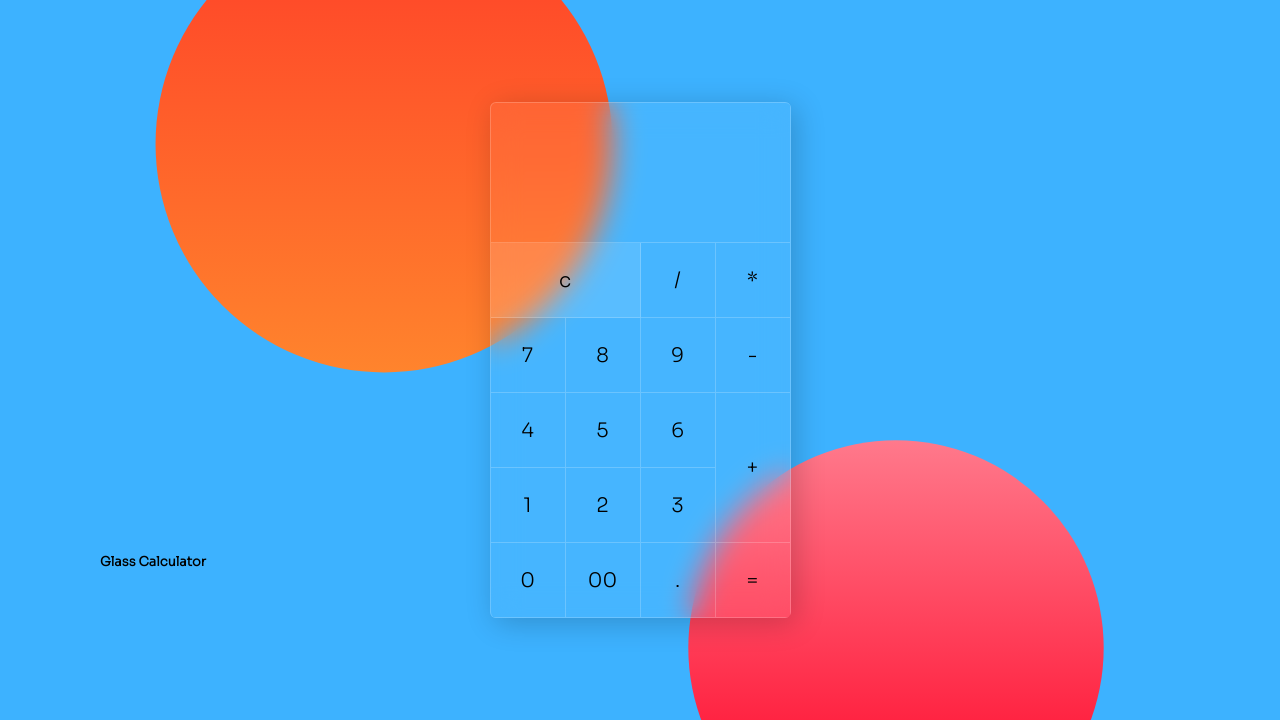
Repository: tharunkumaar404/Glass-Calci
Page: index.html
An editor plug-in stored every save of this project. The page is shown before and after the next save, followed by the edit.
The browser window is 1280 px wide. The pictures show the whole page.

Above is the page before, as saved 2021-08-26 15:14:45.

### index.html
<!DOCTYPE html>
<html lang="en">
<head>
    <meta charset="UTF-8">
    <meta http-equiv="X-UA-Compatible" content="IE=edge">
    <meta name="viewport" content="width=device-width, initial-scale=1.0">
    <title>Calculator</title>
    <link rel="stylesheet" href="styles.css">
</head>
<body>
    <div class="container">
        <form class="calculator" name="calc">
            <input type="text" readonly class="value" name="txt"/>
            <span class="num clear" onclick="calc.txt.value = ''">c</span>
            <span class="num" onclick="document.calc.txt.value +='/'">/</span>
            <span class="num" onclick="document.calc.txt.value +='*'">*</span>
            <span class="num" onclick="document.calc.txt.value +='7'">7</span>
            <span class="num" onclick="document.calc.txt.value +='8'">8</span>
            <span class="num" onclick="document.calc.txt.value +='9'">9</span>
            <span class="num" onclick="document.calc.txt.value +='-'">-</span>
            <span class="num" onclick="document.calc.txt.value +='4'">4</span>
            <span class="num " onclick="document.calc.txt.value +='5'">5</span>
            <span class="num" onclick="document.calc.txt.value +='6'">6</span>
            <span class="num plus" onclick="document.calc.txt.value +='+'">+</span>
            <span class="num" onclick="document.calc.txt.value +='1'">1</span>
            <span class="num" onclick="document.calc.txt.value +='2'">2</span>
            <span class="num" onclick="document.calc.txt.value +='3'">3</span>
            <span class="num" onclick="document.calc.txt.value +='0'">0</span>
            <span class="num" onclick="document.calc.txt.value +='00'">00</span>
            <span class="num" onclick="document.calc.txt.value +='.'"">.</span>
            <span class="num equal" onclick="document.calc.txt.value =eval(calc.txt.value)">=</span>
        </form>
    </div>
    <h1>Glass Calculator</h1>
    <script type="text/javascript" src="vanilla-tilt.js"></script>
    <script type="text/javascript">
    	VanillaTilt.init(document.querySelector(".container"), {
    		max: 15,
    		speed: 400,
            glare: true,
            "max-glare":0.2,
            gyroscope:true,
    	});
    </script>
</body>
</html>

### styles.css
@import url('https://fonts.googleapis.com/css2?family=Sora:wght@300&display=swap');

*{
    margin: 0;
    padding: 0;
    box-sizing: border-box;
    font-family: 'Sora', sans-serif;
}

body{
display:flex;
justify-content: center;
align-items: center;
min-height: 100vh;
background: #3DB2FF;
}

body::before{
    content: '';
    position: absolute;
    top: 0;
    left:0;
    width: 100%;
    height:100%;
    background:linear-gradient(#FF4C29,#FFB830);
    clip-path: circle(22% at 30% 20%);
}
body::after{
    content: '';
    position: absolute;
    top: 0;
    left:0;
    width: 100%;
    height:100%;
    background:linear-gradient(#fff,#FF2442);
    clip-path: circle(20% at 70% 90%);
}

.container{
    position:relative;
    background: rgba(255,255,255,0.05);
    border-radius: 6px;
    overflow: hidden;
    z-index:10;
    backdrop-filter: blur(15px);
    border-top: 1px solid rgba(255,255,255,0.2);
    border-left:1px solid rgba(255,255,255,0.2);
    box-shadow: 5px 5px 30px rgba(0,0,0,0.2);

}

.container .calculator{
    position:relative;
    display:grid;

}

.container .calculator .value{
    grid-column: span 4;
    height: 140px;
    width:300px;
    text-align:right;
    border:none;
    outline:none;
    padding:10px;
    font-size:30px;
    background: transparent;
    color: #000;
    border-bottom: 1px solid rgba(255,255,255,0.2);
    border-right:1px solid rgba(255,255,255,0.2);


}
.container .calculator span {
    display:grid;
    place-items:center;
    height: 75px;
    width:75px;
    color:black;
    cursor:pointer;
    font-weight:400;
    font-size:20px;
    user-select:none;
    border-bottom: 1px solid rgba(255,255,255,0.2);
    border-right:1px solid rgba(255,255,255,0.2);
    transition: 0.5s;


}
.container .calculator span:hover{
    transition: 0s;
    background: rgba(255,255,255,0.2);
}

.container .calculator span:active{
    background: #3DB2FF;
    color: #F7F3E9;
    font-size: 24px;
    font-weight: 500;

}
.container .calculator .clear{
    grid-column: span 2;
    width:150px;
    background: rgba(255,255,255,0.1);
}
.container .calculator .plus{
grid-row: span 2;
height:150px;
}

h1{
    position: absolute;
    left:100px;
    bottom:150px;
    font-size: small;
}

### vanilla-tilt.js
var VanillaTilt = (function () {
'use strict';

/**
 * Created by Sergiu Șandor (micku7zu) on 1/27/2017.
 * Original idea: https://github.com/gijsroge/tilt.js
 * MIT License.
 * Version 1.7.1
 */

class VanillaTilt {
  constructor(element, settings = {}) {
    if (!(element instanceof Node)) {
      throw ("Can't initialize VanillaTilt because " + element + " is not a Node.");
    }

    this.width = null;
    this.height = null;
    this.clientWidth = null;
    this.clientHeight = null;
    this.left = null;
    this.top = null;

    // for Gyroscope sampling
    this.gammazero = null;
    this.betazero = null;
    this.lastgammazero = null;
    this.lastbetazero = null;

    this.transitionTimeout = null;
    this.updateCall = null;
    this.event = null;

    this.updateBind = this.update.bind(this);
    this.resetBind = this.reset.bind(this);

    this.element = element;
    this.settings = this.extendSettings(settings);

    this.reverse = this.settings.reverse ? -1 : 1;
    this.glare = VanillaTilt.isSettingTrue(this.settings.glare);
    this.glarePrerender = VanillaTilt.isSettingTrue(this.settings["glare-prerender"]);
    this.fullPageListening = VanillaTilt.isSettingTrue(this.settings["full-page-listening"]);
    this.gyroscope = VanillaTilt.isSettingTrue(this.settings.gyroscope);
    this.gyroscopeSamples = this.settings.gyroscopeSamples;

    this.elementListener = this.getElementListener();

    if (this.glare) {
      this.prepareGlare();
    }

    if (this.fullPageListening) {
      this.updateClientSize();
    }

    this.addEventListeners();
    this.updateInitialPosition();
  }

  static isSettingTrue(setting) {
    return setting === "" || setting === true || setting === 1;
  }

  /**
   * Method returns element what will be listen mouse events
   * @return {Node}
   */
  getElementListener() {
    if (this.fullPageListening) {
      return window.document;
    }

    if (typeof this.settings["mouse-event-element"] === "string") {
      const mouseEventElement = document.querySelector(this.settings["mouse-event-element"]);

      if (mouseEventElement) {
        return mouseEventElement;
      }
    }

    if (this.settings["mouse-event-element"] instanceof Node) {
      return this.settings["mouse-event-element"];
    }

    return this.element;
  }

  /**
   * Method set listen methods for this.elementListener
   * @return {Node}
   */
  addEventListeners() {
    this.onMouseEnterBind = this.onMouseEnter.bind(this);
    this.onMouseMoveBind = this.onMouseMove.bind(this);
    this.onMouseLeaveBind = this.onMouseLeave.bind(this);
    this.onWindowResizeBind = this.onWindowResize.bind(this);
    this.onDeviceOrientationBind = this.onDeviceOrientation.bind(this);

    this.elementListener.addEventListener("mouseenter", this.onMouseEnterBind);
    this.elementListener.addEventListener("mouseleave", this.onMouseLeaveBind);
    this.elementListener.addEventListener("mousemove", this.onMouseMoveBind);

    if (this.glare || this.fullPageListening) {
      window.addEventListener("resize", this.onWindowResizeBind);
    }

    if (this.gyroscope) {
      window.addEventListener("deviceorientation", this.onDeviceOrientationBind);
    }
  }

  /**
   * Method remove event listeners from current this.elementListener
   */
  removeEventListeners() {
    this.elementListener.removeEventListener("mouseenter", this.onMouseEnterBind);
    this.elementListener.removeEventListener("mouseleave", this.onMouseLeaveBind);
    this.elementListener.removeEventListener("mousemove", this.onMouseMoveBind);

    if (this.gyroscope) {
      window.removeEventListener("deviceorientation", this.onDeviceOrientationBind);
    }

    if (this.glare || this.fullPageListening) {
      window.removeEventListener("resize", this.onWindowResizeBind);
    }
  }

  destroy() {
    clearTimeout(this.transitionTimeout);
    if (this.updateCall !== null) {
      cancelAnimationFrame(this.updateCall);
    }

    this.reset();

    this.removeEventListeners();
    this.element.vanillaTilt = null;
    delete this.element.vanillaTilt;

    this.element = null;
  }

  onDeviceOrientation(event) {
    if (event.gamma === null || event.beta === null) {
      return;
    }

    this.updateElementPosition();

    if (this.gyroscopeSamples > 0) {
      this.lastgammazero = this.gammazero;
      this.lastbetazero = this.betazero;

      if (this.gammazero === null) {
        this.gammazero = event.gamma;
        this.betazero = event.beta;
      } else {
        this.gammazero = (event.gamma + this.lastgammazero) / 2;
        this.betazero = (event.beta + this.lastbetazero) / 2;
      }

      this.gyroscopeSamples -= 1;
    }

    const totalAngleX = this.settings.gyroscopeMaxAngleX - this.settings.gyroscopeMinAngleX;
    const totalAngleY = this.settings.gyroscopeMaxAngleY - this.settings.gyroscopeMinAngleY;

    const degreesPerPixelX = totalAngleX / this.width;
    const degreesPerPixelY = totalAngleY / this.height;

    const angleX = event.gamma - (this.settings.gyroscopeMinAngleX + this.gammazero);
    const angleY = event.beta - (this.settings.gyroscopeMinAngleY + this.betazero);

    const posX = angleX / degreesPerPixelX;
    const posY = angleY / degreesPerPixelY;

    if (this.updateCall !== null) {
      cancelAnimationFrame(this.updateCall);
    }

    this.event = {
      clientX: posX + this.left,
      clientY: posY + this.top,
    };

    this.updateCall = requestAnimationFrame(this.updateBind);
  }

  onMouseEnter() {
    this.updateElementPosition();
    this.element.style.willChange = "transform";
    this.setTransition();
  }

  onMouseMove(event) {
    if (this.updateCall !== null) {
      cancelAnimationFrame(this.updateCall);
    }

    this.event = event;
    this.updateCall = requestAnimationFrame(this.updateBind);
  }

  onMouseLeave() {
    this.setTransition();

    if (this.settings.reset) {
      requestAnimationFrame(this.resetBind);
    }
  }

  reset() {
    this.event = {
      clientX: this.left + this.width / 2,
      clientY: this.top + this.height / 2
    };

    if (this.element && this.element.style) {
      this.element.style.transform = `perspective(${this.settings.perspective}px) ` +
        `rotateX(0deg) ` +
        `rotateY(0deg) ` +
        `scale3d(1, 1, 1)`;
    }

    this.resetGlare();
  }

  resetGlare() {
    if (this.glare) {
      this.glareElement.style.transform = "rotate(180deg) translate(-50%, -50%)";
      this.glareElement.style.opacity = "0";
    }
  }

  updateInitialPosition() {
    if (this.settings.startX === 0 && this.settings.startY === 0) {
      return;
    }

    this.onMouseEnter();

    if (this.fullPageListening) {
      this.event = {
        clientX: (this.settings.startX + this.settings.max) / (2 * this.settings.max) * this.clientWidth,
        clientY: (this.settings.startY + this.settings.max) / (2 * this.settings.max) * this.clientHeight
      };
    } else {
      this.event = {
        clientX: this.left + ((this.settings.startX + this.settings.max) / (2 * this.settings.max) * this.width),
        clientY: this.top + ((this.settings.startY + this.settings.max) / (2 * this.settings.max) * this.height)
      };
    }


    let backupScale = this.settings.scale;
    this.settings.scale = 1;
    this.update();
    this.settings.scale = backupScale;
    this.resetGlare();
  }

  getValues() {
    let x, y;

    if (this.fullPageListening) {
      x = this.event.clientX / this.clientWidth;
      y = this.event.clientY / this.clientHeight;
    } else {
      x = (this.event.clientX - this.left) / this.width;
      y = (this.event.clientY - this.top) / this.height;
    }

    x = Math.min(Math.max(x, 0), 1);
    y = Math.min(Math.max(y, 0), 1);

    let tiltX = (this.reverse * (this.settings.max - x * this.settings.max * 2)).toFixed(2);
    let tiltY = (this.reverse * (y * this.settings.max * 2 - this.settings.max)).toFixed(2);
    let angle = Math.atan2(this.event.clientX - (this.left + this.width / 2), -(this.event.clientY - (this.top + this.height / 2))) * (180 / Math.PI);

    return {
      tiltX: tiltX,
      tiltY: tiltY,
      percentageX: x * 100,
      percentageY: y * 100,
      angle: angle
    };
  }

  updateElementPosition() {
    let rect = this.element.getBoundingClientRect();

    this.width = this.element.offsetWidth;
    this.height = this.element.offsetHeight;
    this.left = rect.left;
    this.top = rect.top;
  }

  update() {
    let values = this.getValues();

    this.element.style.transform = "perspective(" + this.settings.perspective + "px) " +
      "rotateX(" + (this.settings.axis === "x" ? 0 : values.tiltY) + "deg) " +
      "rotateY(" + (this.settings.axis === "y" ? 0 : values.tiltX) + "deg) " +
      "scale3d(" + this.settings.scale + ", " + this.settings.scale + ", " + this.settings.scale + ")";

    if (this.glare) {
      this.glareElement.style.transform = `rotate(${values.angle}deg) translate(-50%, -50%)`;
      this.glareElement.style.opacity = `${values.percentageY * this.settings["max-glare"] / 100}`;
    }

    this.element.dispatchEvent(new CustomEvent("tiltChange", {
      "detail": values
    }));

    this.updateCall = null;
  }

  /**
   * Appends the glare element (if glarePrerender equals false)
   * and sets the default style
   */
  prepareGlare() {
    // If option pre-render is enabled we assume all html/css is present for an optimal glare effect.
    if (!this.glarePrerender) {
      // Create glare element
      const jsTiltGlare = document.createElement("div");
      jsTiltGlare.classList.add("js-tilt-glare");

      const jsTiltGlareInner = document.createElement("div");
      jsTiltGlareInner.classList.add("js-tilt-glare-inner");

      jsTiltGlare.appendChild(jsTiltGlareInner);
      this.element.appendChild(jsTiltGlare);
    }

    this.glareElementWrapper = this.element.querySelector(".js-tilt-glare");
    this.glareElement = this.element.querySelector(".js-tilt-glare-inner");

    if (this.glarePrerender) {
      return;
    }

    Object.assign(this.glareElementWrapper.style, {
      "position": "absolute",
      "top": "0",
      "left": "0",
      "width": "100%",
      "height": "100%",
      "overflow": "hidden",
      "pointer-events": "none"
    });

    Object.assign(this.glareElement.style, {
      "position": "absolute",
      "top": "50%",
      "left": "50%",
      "pointer-events": "none",
      "background-image": `linear-gradient(0deg, rgba(255,255,255,0) 0%, rgba(255,255,255,1) 100%)`,
      "width": `${this.element.offsetWidth * 2}px`,
      "height": `${this.element.offsetWidth * 2}px`,
      "transform": "rotate(180deg) translate(-50%, -50%)",
      "transform-origin": "0% 0%",
      "opacity": "0",
    });
  }

  updateGlareSize() {
    if (this.glare) {
      Object.assign(this.glareElement.style, {
        "width": `${this.element.offsetWidth * 2}`,
        "height": `${this.element.offsetWidth * 2}`,
      });
    }
  }

  updateClientSize() {
    this.clientWidth = window.innerWidth
      || document.documentElement.clientWidth
      || document.body.clientWidth;

    this.clientHeight = window.innerHeight
      || document.documentElement.clientHeight
      || document.body.clientHeight;
  }

  onWindowResize() {
    this.updateGlareSize();
    this.updateClientSize();
  }

  setTransition() {
    clearTimeout(this.transitionTimeout);
    this.element.style.transition = this.settings.speed + "ms " + this.settings.easing;
    if (this.glare) this.glareElement.style.transition = `opacity ${this.settings.speed}ms ${this.settings.easing}`;

    this.transitionTimeout = setTimeout(() => {
      this.element.style.transition = "";
      if (this.glare) {
        this.glareElement.style.transition = "";
      }
    }, this.settings.speed);

  }

  /**
   * Method return patched settings of instance
   * @param {boolean} settings.reverse - reverse the tilt direction
   * @param {number} settings.max - max tilt rotation (degrees)
   * @param {startX} settings.startX - the starting tilt on the X axis, in degrees. Default: 0
   * @param {startY} settings.startY - the starting tilt on the Y axis, in degrees. Default: 0
   * @param {number} settings.perspective - Transform perspective, the lower the more extreme the tilt gets
   * @param {string} settings.easing - Easing on enter/exit
   * @param {number} settings.scale - 2 = 200%, 1.5 = 150%, etc..
   * @param {number} settings.speed - Speed of the enter/exit transition
   * @param {boolean} settings.transition - Set a transition on enter/exit
   * @param {string|null} settings.axis - What axis should be disabled. Can be X or Y
   * @param {boolean} settings.glare - What axis should be disabled. Can be X or Y
   * @param {number} settings.max-glare - the maximum "glare" opacity (1 = 100%, 0.5 = 50%)
   * @param {boolean} settings.glare-prerender - false = VanillaTilt creates the glare elements for you, otherwise
   * @param {boolean} settings.full-page-listening - If true, parallax effect will listen to mouse move events on the whole document, not only the selected element
   * @param {string|object} settings.mouse-event-element - String selector or link to HTML-element what will be listen mouse events
   * @param {boolean} settings.reset - false = If the tilt effect has to be reset on exit
   * @param {gyroscope} settings.gyroscope - Enable tilting by deviceorientation events
   * @param {gyroscopeSensitivity} settings.gyroscopeSensitivity - Between 0 and 1 - The angle at which max tilt position is reached. 1 = 90deg, 0.5 = 45deg, etc..
   * @param {gyroscopeSamples} settings.gyroscopeSamples - How many gyroscope moves to decide the starting position.
   */
  extendSettings(settings) {
    let defaultSettings = {
      reverse: false,
      max: 15,
      startX: 0,
      startY: 0,
      perspective: 1000,
      easing: "cubic-bezier(.03,.98,.52,.99)",
      scale: 1,
      speed: 300,
      transition: true,
      axis: null,
      glare: false,
      "max-glare": 1,
      "glare-prerender": false,
      "full-page-listening": false,
      "mouse-event-element": null,
      reset: true,
      gyroscope: true,
      gyroscopeMinAngleX: -45,
      gyroscopeMaxAngleX: 45,
      gyroscopeMinAngleY: -45,
      gyroscopeMaxAngleY: 45,
      gyroscopeSamples: 10
    };

    let newSettings = {};
    for (var property in defaultSettings) {
      if (property in settings) {
        newSettings[property] = settings[property];
      } else if (this.element.hasAttribute("data-tilt-" + property)) {
        let attribute = this.element.getAttribute("data-tilt-" + property);
        try {
          newSettings[property] = JSON.parse(attribute);
        } catch (e) {
          newSettings[property] = attribute;
        }

      } else {
        newSettings[property] = defaultSettings[property];
      }
    }

    return newSettings;
  }

  static init(elements, settings) {
    if (elements instanceof Node) {
      elements = [elements];
    }

    if (elements instanceof NodeList) {
      elements = [].slice.call(elements);
    }

    if (!(elements instanceof Array)) {
      return;
    }

    elements.forEach((element) => {
      if (!("vanillaTilt" in element)) {
        element.vanillaTilt = new VanillaTilt(element, settings);
      }
    });
  }
}

if (typeof document !== "undefined") {
  /* expose the class to window */
  window.VanillaTilt = VanillaTilt;

  /**
   * Auto load
   */
  VanillaTilt.init(document.querySelectorAll("[data-tilt]"));
}

return VanillaTilt;

}());

After the next save:
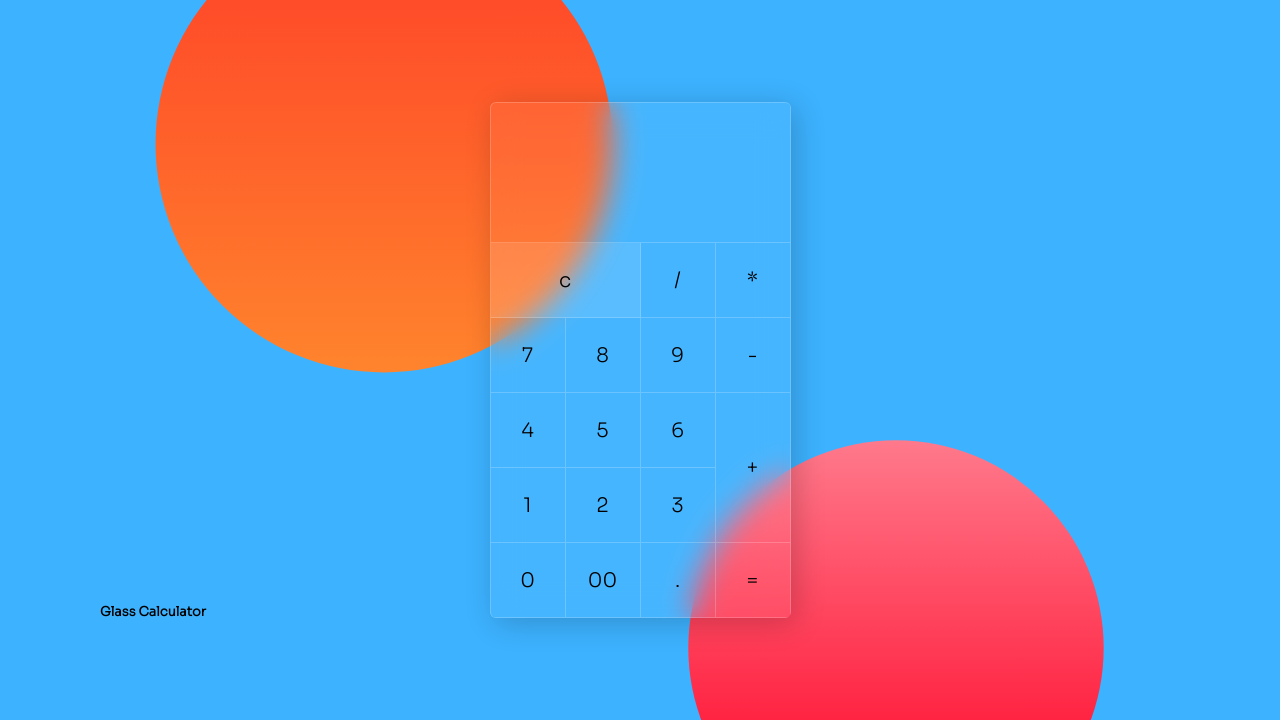
Saved 13 s later.
--- a/styles.css
+++ b/styles.css
@@ -112,6 +112,6 @@ height:150px;
 h1{
     position: absolute;
     left:100px;
-    bottom:150px;
+    bottom:100px;
     font-size: small;
 }
